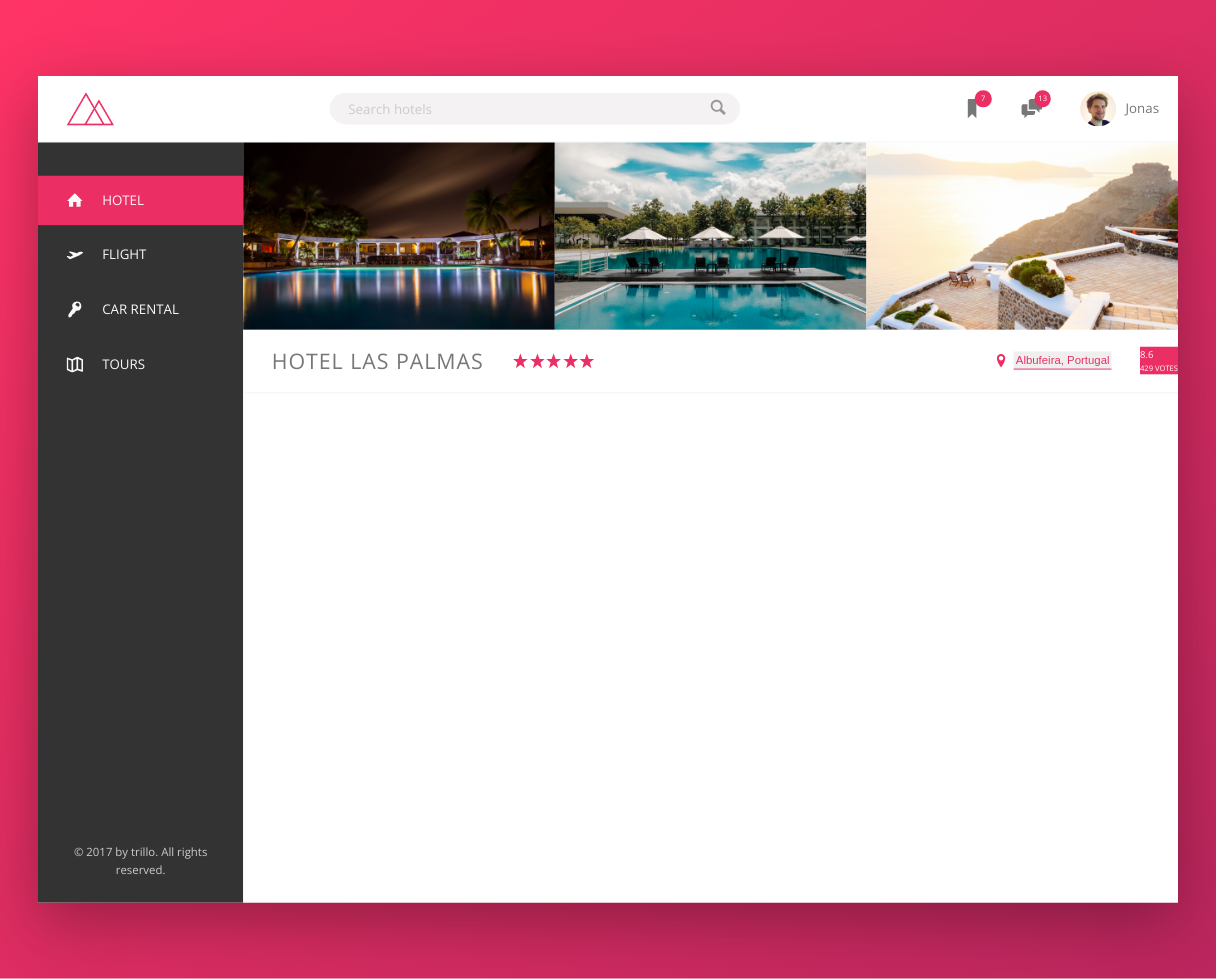
Repository: MalgorzataMazur/Trillo
Page: index.html
These files come from the project's save history. The page is drawn as it stood at one moment and after the next save; the edit follows.
The browser window is 1280 px wide. The pictures show the whole page, at 95% of full size.
The style sheet was rebuilt from its Sass, Less or Tailwind sources for each picture, by a compiler version that may differ from the author's.

Above is the page before, as saved 2020-03-27 16:04:33.

### index.html
<!DOCTYPE html>
<html lang="en">
    <head>
        <meta charset="UTF-8">
        <meta name="viewport" content="width=device-width, initial-scale=1.0">

        <link href="https://fonts.googleapis.com/css?family=Open+Sans:300,400,600" rel="stylesheet">
        <link rel="stylesheet" href="css/style.css">
        <link rel="shortcut icon" type="image/png" href="img/favicon.png">

        <title>trillo &mdash; Your all-in-one booking app</title>
    </head>
    <body>
        <div class="container">
            <header class="header">
                <img src="img/logo.png" alt="trillo logo" class="logo">

                <form action="#" class="search">
                    <input type="text" class="search__input" placeholder="Search hotels">
                    <button class="search__button">
                        <svg class="search__icon">
                            <use xlink:href="img/sprite.svg#icon-magnifying-glass"></use> <!--include svg -->
                        </svg>
                    </button>
                </form>

                <nav class="user-nav">
                    <div class="user-nav__icon-box">
                        <svg class="user-nav__icon">
                            <use xlink:href="img/sprite.svg#icon-bookmark"></use>
                        </svg>
                        <span class="user-nav__notification">7</span>
                    </div>
                    <div class="user-nav__icon-box">
                        <svg class="user-nav__icon">
                            <use xlink:href="img/sprite.svg#icon-chat"></use>
                        </svg>
                        <span class="user-nav__notification">13</span>
                    </div>
                    <div class="user-nav__user">
                        <img src="img/user.jpg" alt="User photo" class="user-nav__user-photo">
                        <span class="user-nav__user-name">Jonas</span>
                    </div>
                </nav>
            </header>
            <div class="content">
                <nav class="sidebar">
                    <ul class="side-nav">
                        <li class="side-nav__item side-nav__item--active">
                            <a href="#" class="side-nav__link">
                                <svg class="side-nav__icon">
                                    <use xlink:href="img/sprite.svg#icon-home"></use>
                                </svg>
                                <span>Hotel</span>
                            </a>
                        </li>
                        <li class="side-nav__item">
                            <a href="#" class="side-nav__link">
                                <svg class="side-nav__icon">
                                    <use xlink:href="img/sprite.svg#icon-aircraft-take-off"></use>
                                </svg>
                                <span>Flight</span>
                            </a>
                        </li>
                        <li class="side-nav__item">
                            <a href="#" class="side-nav__link">
                                <svg class="side-nav__icon">
                                    <use xlink:href="img/sprite.svg#icon-key"></use>
                                </svg>
                                <span>Car rental</span>
                            </a>
                        </li>
                        <li class="side-nav__item">
                            <a href="#" class="side-nav__link">
                                <svg class="side-nav__icon">
                                    <use xlink:href="img/sprite.svg#icon-map"></use>
                                </svg>
                                <span>Tours</span>
                            </a>
                        </li>
                    </ul>

                    <div class="legal">
                        &copy; 2017 by trillo. All rights reserved. <!-- html entity -->
                    </div>
                </nav>
                <main class="hotel-view">
                    <div class="gallery">
                        <figure class="gallery__item">
                            <img src="img/hotel-1.jpg" alt="Photo of hotel 1" class="gallery__photo">
                        </figure>
                        <figure class="gallery__item">
                            <img src="img/hotel-2.jpg" alt="Photo of hotel 2" class="gallery__photo">
                        </figure>
                        <figure class="gallery__item">
                            <img src="img/hotel-3.jpg" alt="Photo of hotel 3" class="gallery__photo">
                        </figure>
                    </div>

                    <div class="overview">
                        <h1 class="overview__heading">
                            Hotel Las Palmas
                        </h1>

                        <div class="overview__stars">
                            <svg class="overview__icon-star">
                                <use xlink:href="img/sprite.svg#icon-star"></use>
                            </svg>
                            <svg class="overview__icon-star">
                                <use xlink:href="img/sprite.svg#icon-star"></use>
                            </svg>
                            <svg class="overview__icon-star">
                                <use xlink:href="img/sprite.svg#icon-star"></use>
                            </svg>
                            <svg class="overview__icon-star">
                                <use xlink:href="img/sprite.svg#icon-star"></use>
                            </svg>
                            <svg class="overview__icon-star">
                                <use xlink:href="img/sprite.svg#icon-star"></use>
                            </svg>
                        </div>

                        <div class="overview__location">
                            <svg class="overview__icon-location">
                                <use xlink:href="img/sprite.svg#icon-location-pin"></use>
                            </svg>
                            <button class="btn-inline">Albufeira, Portugal</button>
                        </div>

                        <div class="overview__rating">
                            <div class="overiew__rating-average">8.6</div>
                            <div class="overview__rating-count">429 votes</div>
                        </div>
                </main>
            </div>

        </div>
    </body>
</html>

### sass/_base.scss
//variable will be avuialable for entire documents here, global parent of elelemnt
:root { //root pseudoclass the same like ktml but higher specifity //css custom proiperties variables I use here define in declaration bloxk remember
    --color-primary: #eb2f64;
    --color-primary-light: #FF3366;
    --color-primary-dark: #BA265D;

    --color-grey-light-1: #faf9f9;
    --color-grey-light-2: #f4f2f2;
    --color-grey-light-3: #f0eeee;
    --color-grey-light-4: #ccc;

    --color-grey-dark-1: #333;
    --color-grey-dark-2: #777;
    --color-grey-dark-3: #999;

    --shadow-dark: 0 2rem 6rem rgba(0,0,0,.3);

}

* { //first global settings *,htm, body
    margin: 0;
    padding: 0;
}

*,
*::before,
*::after {
    box-sizing: inherit;
}

html {
    box-sizing: border-box;
    font-size: 62.5%; //1rem = 10px, 10px/16px = 62.5%
}

body {
    font-family: 'Open Sans', sans-serif;
    font-weight: 400;
    line-height: 1.6;
    color: var(--color-grey-dark-2);
    background-image: linear-gradient(to right bottom, var(--color-primary-light), var(--color-primary-dark)); //gradient from the left top cornet to right bottom corner
    background-size: cover;
    background-repeat: no-repeat; //default is repeat in css

    min-height: 100vh; //min height but if height can be bigger than that will be simply bigger
}

### sass/_layout.scss
.container {
    max-width: 120rem; //container can decrease if hasn't got enough enough space to display our 120rem,;inaczej 1200px i jesli mniej to zajmie 100% szerokosci portu
    margin: 8rem auto;
    background-color: var(--color-grey-light-1);
    box-shadow: var(--shadow-dark);

    min-height: 50rem;
}

.header {
    font-size: 1.4rem;
    height: 7rem;
    background-color: #fff;
    border-bottom: 1px solid var(--color-grey-light-2);

    display: flex; //cause it is parent element
    justify-content: space-between; // divide empty space between 3 elements
    align-items: center; //wzdłuż osi poprzecznej center
}

.content {
    display: flex;
}

.sidebar {
    background-color: var(--color-grey-dark-1);

    flex: 0 0 18%; //don't want to grow & shrink & we want 18% of width; automatic wil be

    display: flex;
    flex-direction: column; //change the direction of the main axis from left to right to top to bottom
    justify-content: space-between;
}

.hotel-view {
    background-color: #fff;
    ////test
    height: 80rem;

    flex: 1; //by using flex 1 element should grow as much as that can; na tyle ile ma przestrzeni
}

### sass/_components.scss
/////////////////////////////////
////LOGO
.logo {
    height: 3.5rem;
    margin-left: 3rem;
}



/////////////////////////////////
////SEARCH
.search {
    flex: 0 0 40%; //grow shrink occupy

    display: flex;//flex item is becoming flex container,; we center loop icon btn
    align-items: center; //center elem along the cross axis
    justify-content: center; //center elem along the main axis

    &__input {
        font-family: inherit;
        font-size: inherit;
        color: inherit;
        background-color: var(--color-grey-light-2);
        border: none;
        border-radius: 100px;
        padding: .7rem 2rem;
        width: 90%;
        transition: all .2s;
        margin-right: -3.25rem; //this way the btn move on top of input

        &:focus {
            outline: none;
            width: 100%;
            background-color: var(--color-grey-light-3);
        }

        &::-webkit-input-placeholder {
            font-weight: 100;
            color: var(--color-grey-light-4);
        }
    }

    &__input:focus + &__button { //sibling, adjust element; the same backgr color
        background-color: var(--color-grey-light-3);
    }

    &__button {
        border: none;
        background-color: var(--color-grey-light-2);

        &:focus {
            outline: none;
        }

        &:active {
            transform: translate(2px);
        }
    }

    &__icon {
        height: 2rem;
        width: 2rem;
        fill: var(--color-grey-dark-3);
}
}



/////////////////////////////////
////USER NAVIGATION
.user-nav {
    align-self: stretch; //żeby one sie rozciagaly, is like align items but for one individual item; ovverite in header align item center

    display: flex; //flex item on the sam etime is flex container
    align-items: center;

    & > * {
        padding: 0 2rem;
        cursor: pointer;
        display: flex;
        height: 100%;
        align-items: center; //when we hoover thy arent on the top; vertical align
   }

    & > *:hover {
        background-color: var(--color-grey-light-2);
    }

    &__icon-box {
        position: relative;
    }

    &__icon {
        height: 2.25rem;
        width: 2.25rem;
        fill: var(--color-grey-dark-2);
    }

    &__notification {
        font-size: .8rem;
        height: 1.75rem;
        width: 1.75rem;
        border-radius: 50%;
        background-color: var(--color-primary);
        color: #fff;
        position: absolute; //parent elememnt is iconbox relative
        top: 1.5rem;
        right: 1.1rem;

        display: flex;
        justify-content: center;
        align-items: center;
    }

    &__user-photo {
        height: 3.75rem;
        border-radius: 50%;
        margin-right: 1rem;
    }
}



/////////////////////////////////
////SIDE NAVIGATION
.side-nav {
    font-size: 1.4rem;
    list-style: none;
    margin-top: 3.5rem;

    &__item {
        position: relative;

        &:not(:last-child) { //all the items except the last one
            margin-bottom: .5rem;
        }
    }

    &__item::before { //line becpmes invisible which then expands to the right side
        content: "";
        position: absolute;
        top: 0;
        left: 0;
        height: 100%;
        width: 3px;
        background-color: var(--color-primary);
        transform: scaleY(0); //normal state without any hover
        transition: transform .2s, //first transform ghappens during .2s & we wait this time .2s until we start transitioning the width .4s
                    width .4s cubic-bezier(1,0,0,1) .2s,
                    background-color .1s; //we can set diffrent settings for diffrent properties. we can have the staged animations where first the transform happens then the width
    }

    &__item:hover::before,
    &__item--active::before {
        transform: scaleY(1); //only occurs Y direction from top to bottom
        width: 100%;
    }

    &__item:active::before {
        background-color: var(--color-primary-light);
    }

    &__link:link,
    &__link:visited {
        color: var(--color-grey-light-1);
        text-decoration: none;
        text-transform: uppercase;
        display: block;
        padding: 1.5rem 3rem;
        position: relative; //on top of the before elem after hover

        display: flex;
        align-items: center; //ikony równo z napisem z listy
    }

    &__icon {
        width: 1.75rem;
        height: 1.75rem;
        margin-right: 2rem;
        fill: currentColor; //means color ofthe current elelemnt or the parent element
    }
}



/////////////////////////////////
////LEGAL TEXT
.legal {
    font-size: 1.2rem;
    color: var(--color-grey-light-4);
    text-align: center;
    padding: 2.5rem;
}



/////////////////////////////////
////SIDE NAVIGATION
.gallery {
    display: flex;

    &__photo {
        width: 100%;
        display: block;
    }
}



/////////////////////////////////
////SIDE NAVIGATION
.overview {
    display: flex; // justify-content: space-between; //evenly distribute all the elements along the main axis
    align-items: center;
    border-bottom: 1px solid var(--color-grey-light-2);

    &__heading {
        font-size: 2.25rem;
        font-weight: 300;
        text-transform: uppercase;
        letter-spacing: 1px;
        padding: 1.5rem 3rem;
    }

    &__stars {
        // flex: 1;
        margin-right: auto; //we created the space without actually stretching out this entire element; element only occypying the space that it needs here
        display: flex;    }

    &__icon-star,
    &__icon-location {
        width: 1.75rem;
        height: 1.75rem;
        fill: var(--color-primary);
    }

    &__location {
        font-size: 1.2rem;
        display: flex;
        align-items: center;
    }

    &__icon-location {
        margin-right: .5rem;
    }

    &__rating {
        background-color: var(--color-primary);
        color: #fff;
        margin-left: 3rem;
        height: 100%;
    }

    &__rating-average {
        font-size: 2.25rem;
        font-weight: 300;
    }

    &__rating-count {
        font-size: .8rem;
        text-transform: uppercase;
    }
}



/////////////////////////////////
////BUTTON-LINE
.btn-inline {
    border: none;
    color: var(--color-primary);
    font-size: inherit;
    border-bottom: 1px solid currentColor;
    padding: 2px;
    display: inline-block;
    background-clip: transparent;
    cursor: pointer;
    transition: all .2s;

    &:hover {
        color: var(--color-grey-dark-1); //when hover the border becomes the exact same color as the tex
    }

    &:focus {
        outline: none;
        animation: pulsate 1s infinite;
    }
}

@keyframes pulsate {
    0% { //normal state
        transform: scale(1);
        box-shadow: none;
    }

    50% { //scale a little bit
        transform: scale(1.05);
        box-shadow: 0 1rem 4rem rgba(0,0,0,.25);
    }

    100% { //back to the normal
        transform: scale(1);
        box-shadow: none;
    }
}

Loaded but not shown: sass/main.scss (common file)

After the next save:
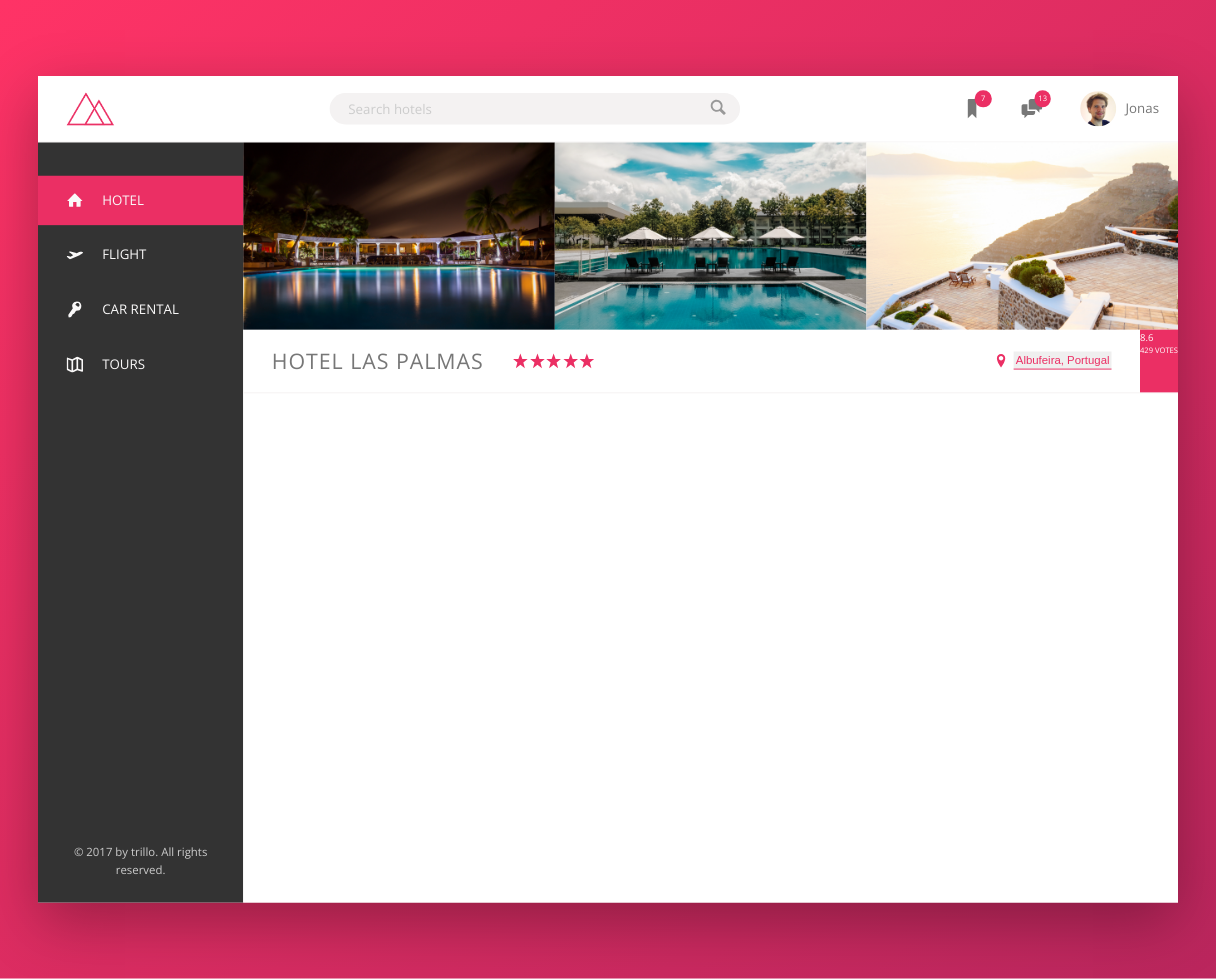
Saved 3 min 10 s later.
--- a/sass/_components.scss
+++ b/sass/_components.scss
@@ -248,7 +248,7 @@
         background-color: var(--color-primary);
         color: #fff;
         margin-left: 3rem;
-        height: 100%;
+        align-self: stretch;
     }
 
     &__rating-average {
